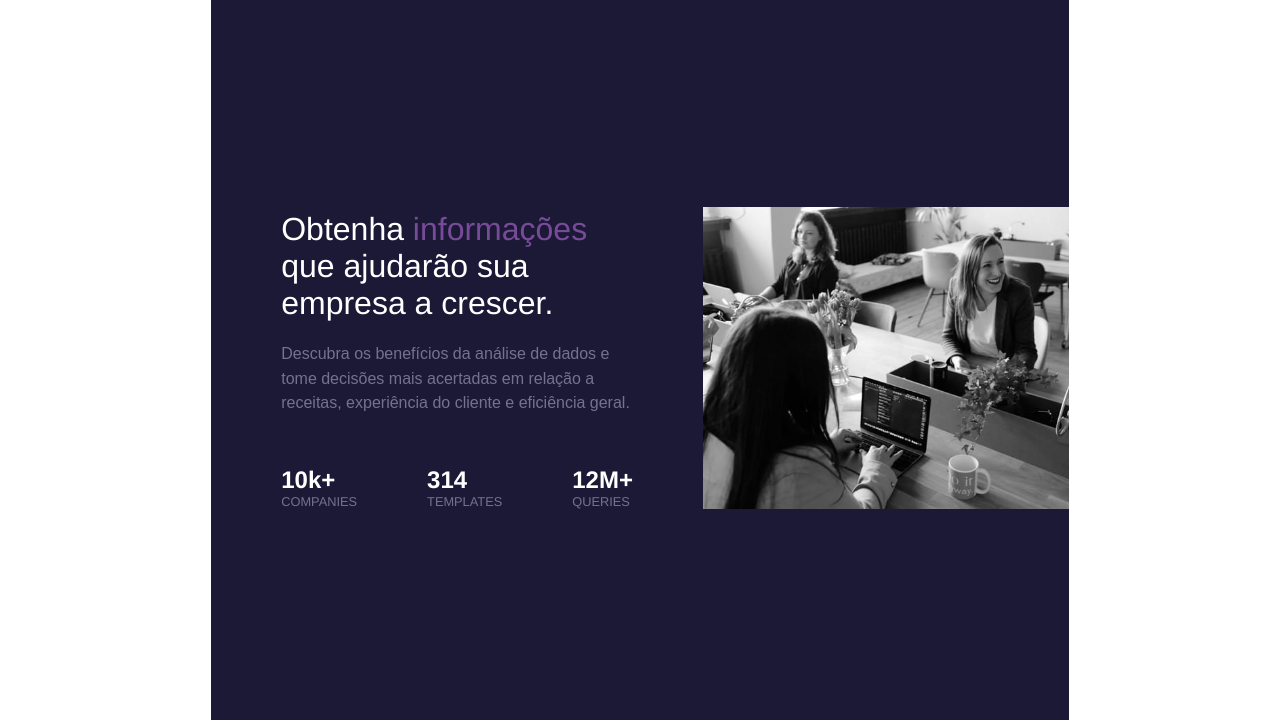
Repository: caique2512/componentes-de-estatisticas
Page: index.html
The author's editor kept a copy of each file at every save. The page is drawn from the files as they stood at one save, then again after the next save.
The browser window is 1280 px wide. The pictures show the whole page.

Above is the page before, as saved 2026-03-03 17:41:59.

After the next save:
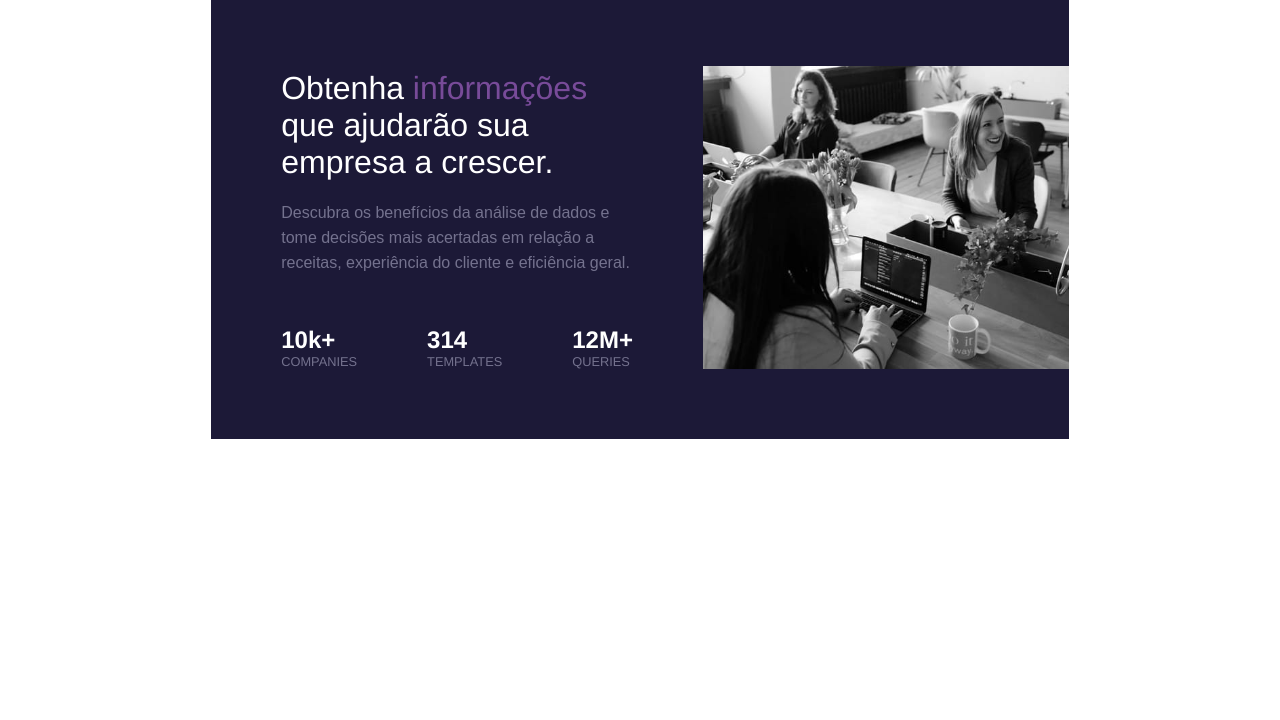
Saved 30 s later.
--- a/src/estilos.css
+++ b/src/estilos.css
@@ -4,8 +4,6 @@
     max-width: calc(100% - 33%);
     margin: 0 auto;
     align-items: center;
-    justify-content: center; /* center children horizontally */
-    min-height: 100vh;       /* ensure container fills viewport for vertical centering */
 }
 
 .conteudo-principal {
